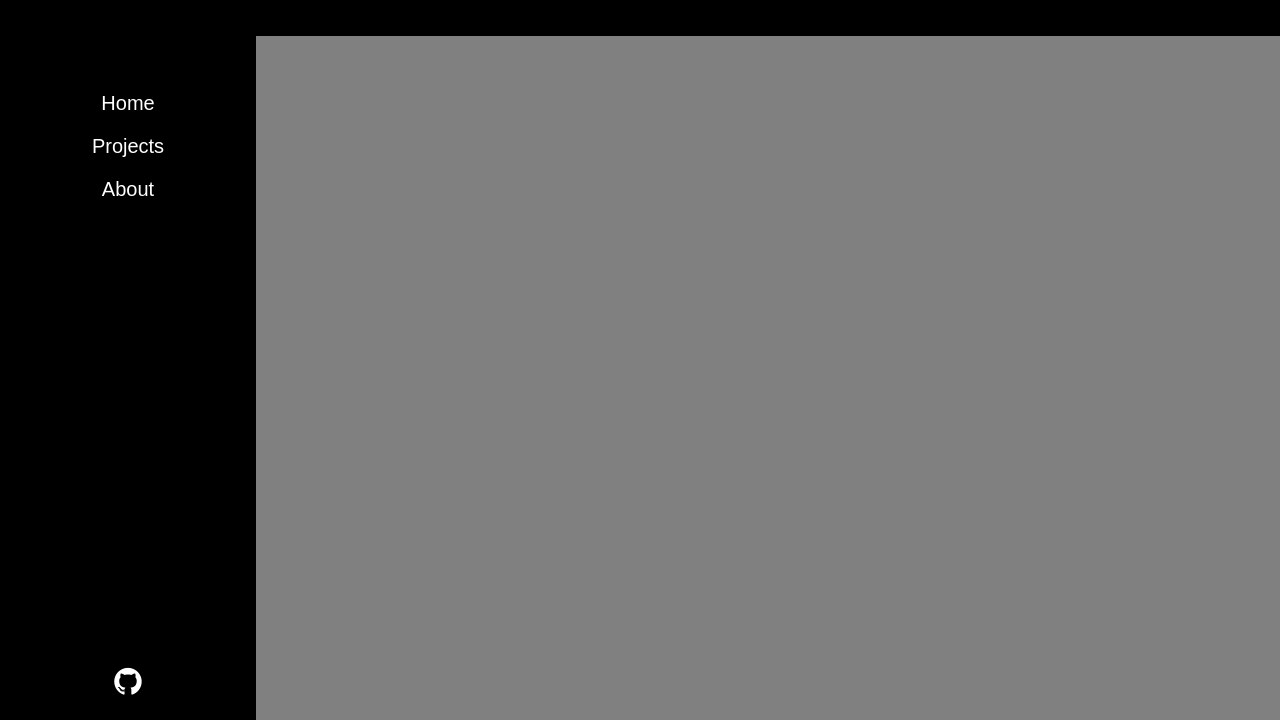
Repository: josephinel6/josephinel6.github.io
Page: index.html
These files come from the project's save history. The page is drawn as it stood at one moment and after the next save; the edit follows.
The browser window is 1280 px wide. The pictures show the whole page.

Above is the page before, as saved 2023-04-04 11:02:27.

After the next save:
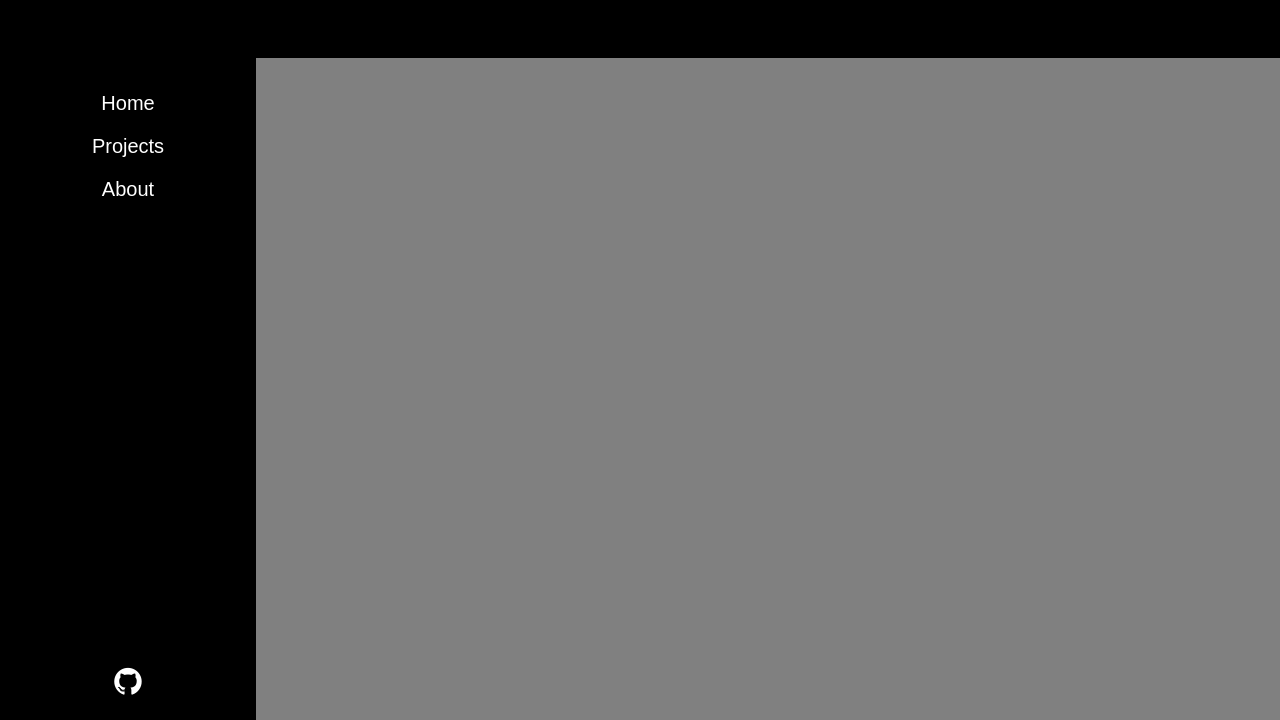
Saved 5 s later.
--- a/index.html
+++ b/index.html
@@ -43,7 +43,7 @@
 
         #topbar {
             width: 100%;
-            height: 5%;
+            height: 8%;
             background-color: var(--color-bg);
             position: absolute;
         }
@@ -61,7 +61,7 @@
         #window {
             background-color: var(--color-page-bg);
             position: absolute;
-            height: 95%;
+            height: 92%;
             width: 80%;
             right: 0;
             bottom: 0;
